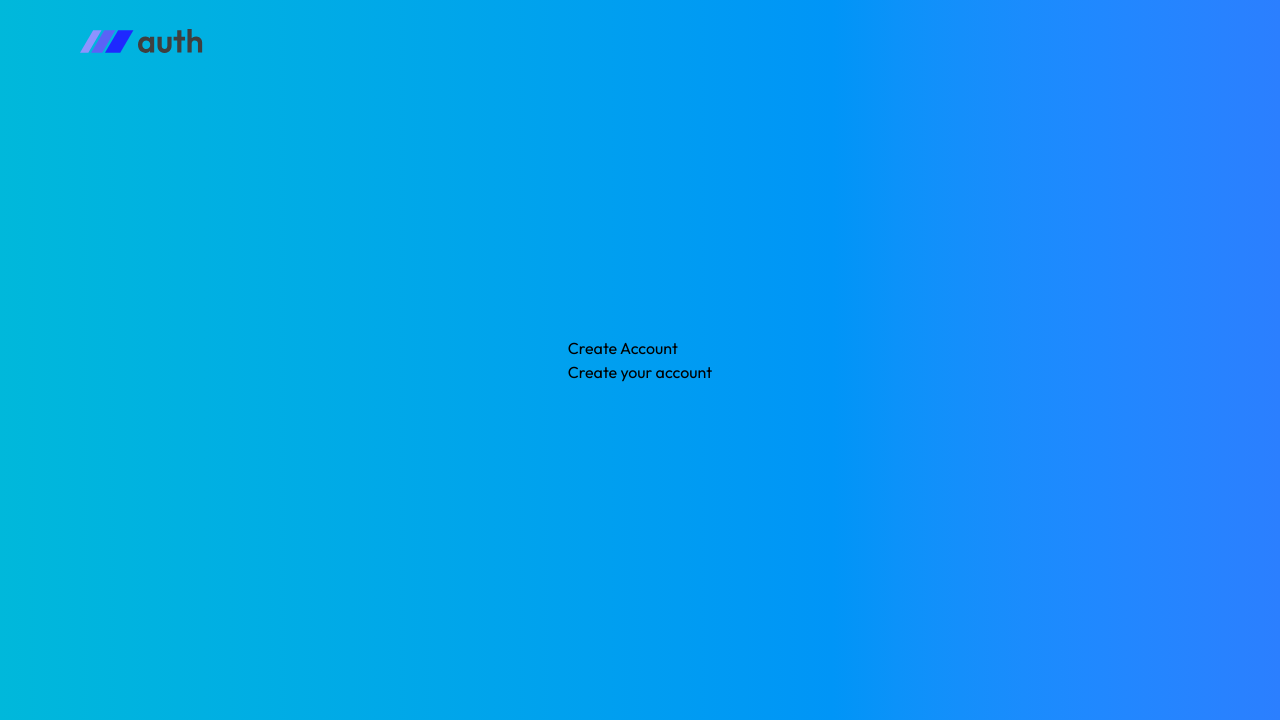
Repository: AuthnSapuarachchi/AuthnticationApplication-MERN-Stack
Page: /login (app in client/)
These files come from the project's save history. The page is drawn as it stood at one moment and after the next save; the edit follows.
The browser window is 1280 px wide. The pictures show the whole page.
The project was rebuilt for these pictures with package versions that can differ from the ones it lists, and the page was loaded fresh each time. Also part of the build but not shown: client/vite.config.js, client/src/components/NavBar.jsx, client/src/components/Header.jsx, client/src/pages/home.jsx, client/src/pages/ResetPassword.jsx, client/src/pages/EmailVerify.jsx.

Above is the page before, as saved 2025-07-31 12:00:53.

After the next save:
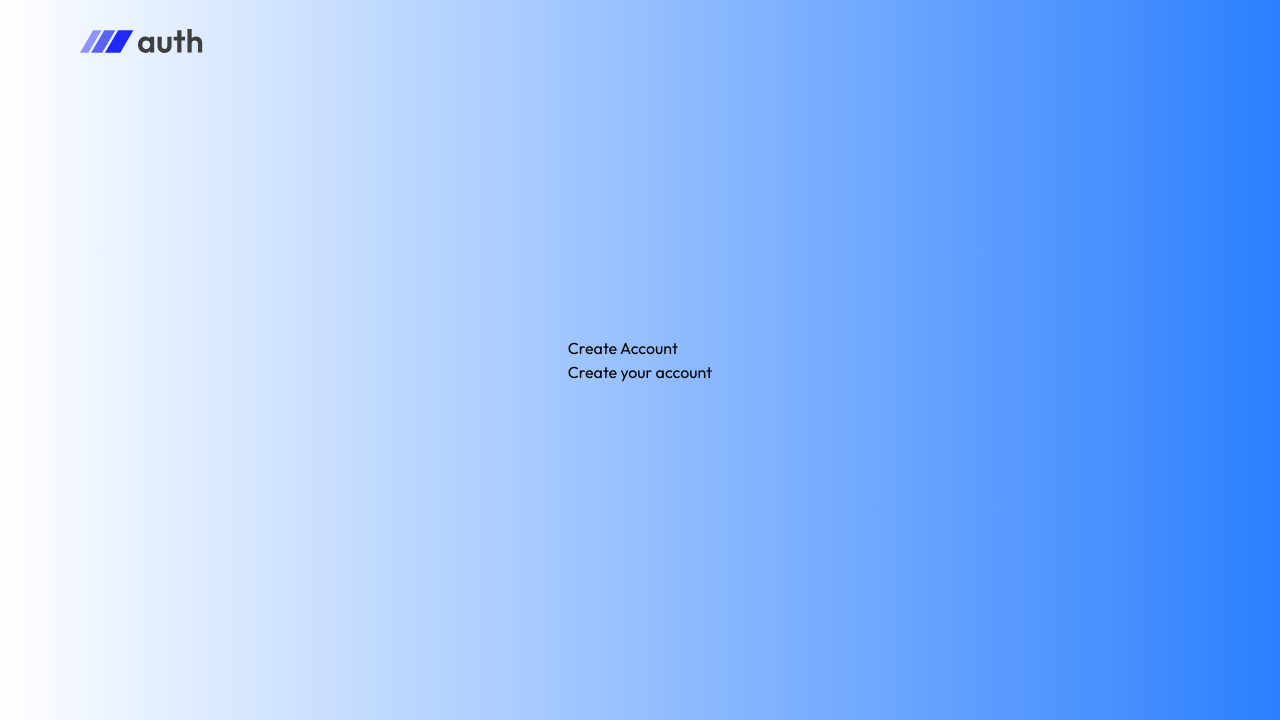
Saved 16 s later.
--- a/client/src/pages/login.jsx
+++ b/client/src/pages/login.jsx
@@ -5,7 +5,7 @@ const Login = () => {
   const [state, setState] = useState('Sign Up');
 
   return (
-    <div className='flex items-center justify-center min-h-screen px-6 sm:px-0 bg-gradient-to-r from-cyan-500 to-blue-500 relative'>
+    <div className='flex items-center justify-center min-h-screen px-6 sm:px-0 bg-gradient-to-r from-cyan to-blue-500 relative'>
       <img src={assets.logo} alt="" className='absolute left-5 sm:left-20
       top-5 w-28 sm:w-32 cursor-pointer' />
       <div>
